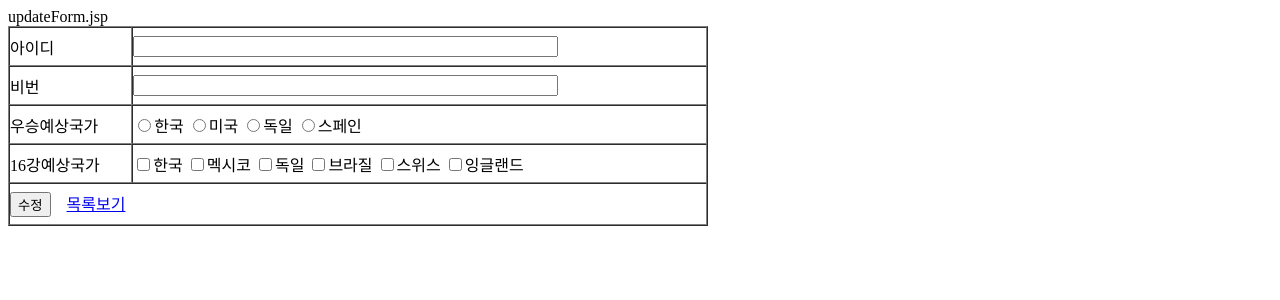
Repository: ChanhoPark-s/academyStudy
Page: http://localhost/12_DB_Football/updateForm
The author's editor kept a copy of each file at every save. The page is drawn from the files as they stood at one save, then again after the next save.
The browser window is 1280 px wide. The pictures show the whole page.
The page is served by Tomcat 9. Queries for data that is not in the repository find no rows.

Above is the page before, as saved 2022-08-22 05:52:41.

After the next save:
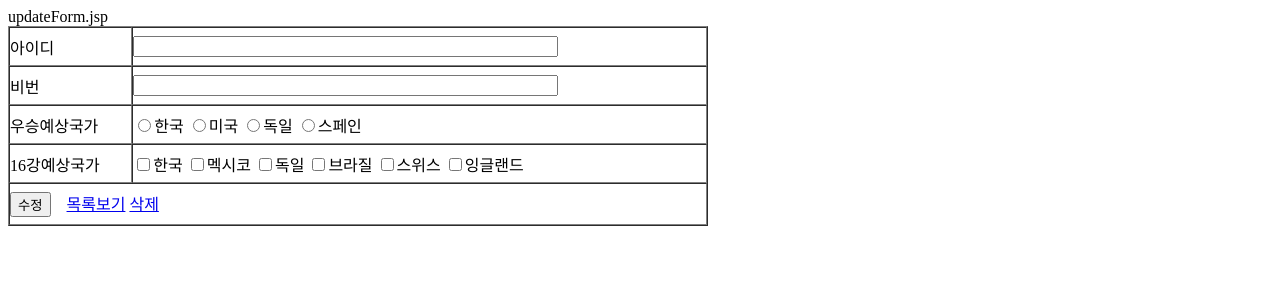
Saved 22 s later.
--- a/12_DB_Football/src/main/webapp/WEB-INF/views/updateForm.jsp
+++ b/12_DB_Football/src/main/webapp/WEB-INF/views/updateForm.jsp
@@ -39,6 +39,7 @@ updateForm.jsp<br>
 					<input type="submit" value="수정">
 					&nbsp;&nbsp;
 					<a href="list">목록보기</a>
+					<a href="delete?num=${f.num }">삭제</a>
 				</td>
 			</tr>
 		</table>
